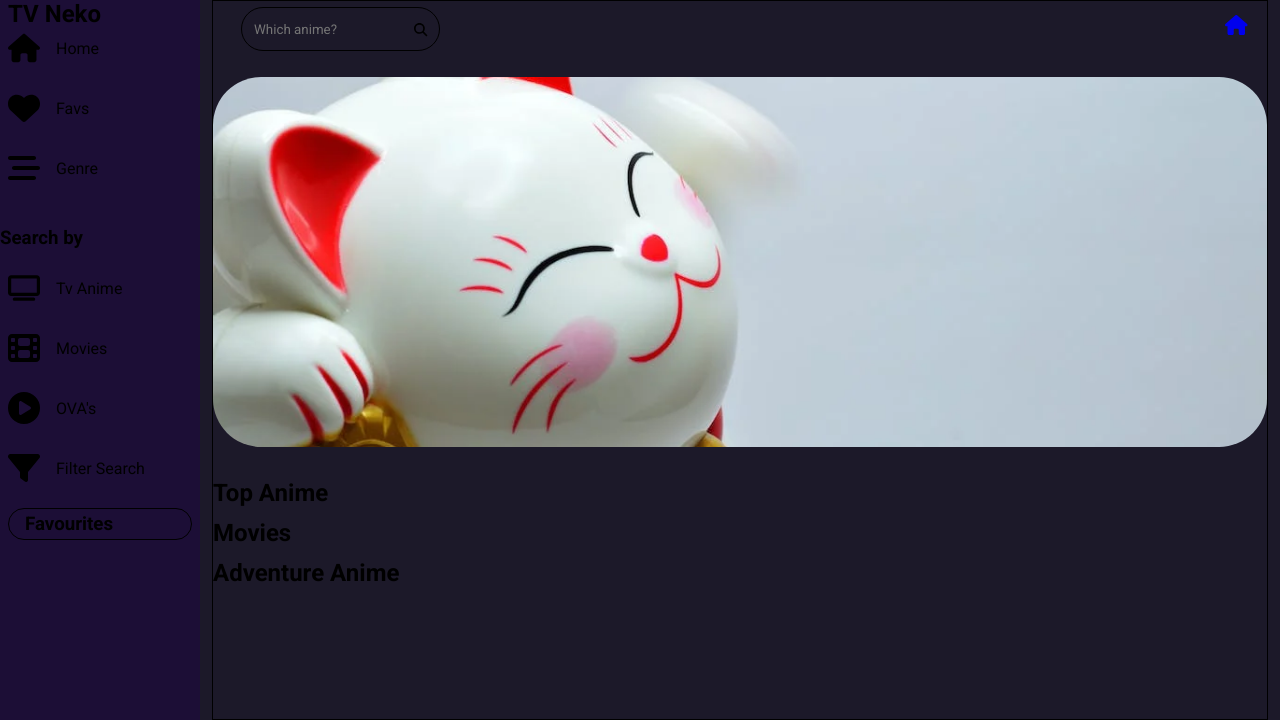
Repository: OwenMargiela/AnimeDatabse
Page: /
These files come from the project's save history. The page is drawn as it stood at one moment and after the next save; the edit follows.
The browser window is 1280 px wide. The pictures show the whole page.
The page's requests for data from a server got no answer. The project was rebuilt for these pictures with package versions that can differ from the ones it lists, and the page was loaded fresh each time. No one was signed in, and anything a server would have sent is missing. Also part of the build but not shown: src/Components/AnimeContainer.jsx, src/Pages/AnimePage/AnimePage.jsx, src/Components/Score.css, src/Components/Score.jsx, src/Components/AnimeDescription.jsx, src/Pages/AnimePage/AnimeInfo.jsx, src/Pages/AnimePage/AnimeGenre.jsx, src/Pages/FavouritesPage/Favourites.css and 7 more.

Above is the page before, as saved 2023-01-26 15:23:52.

After the next save:
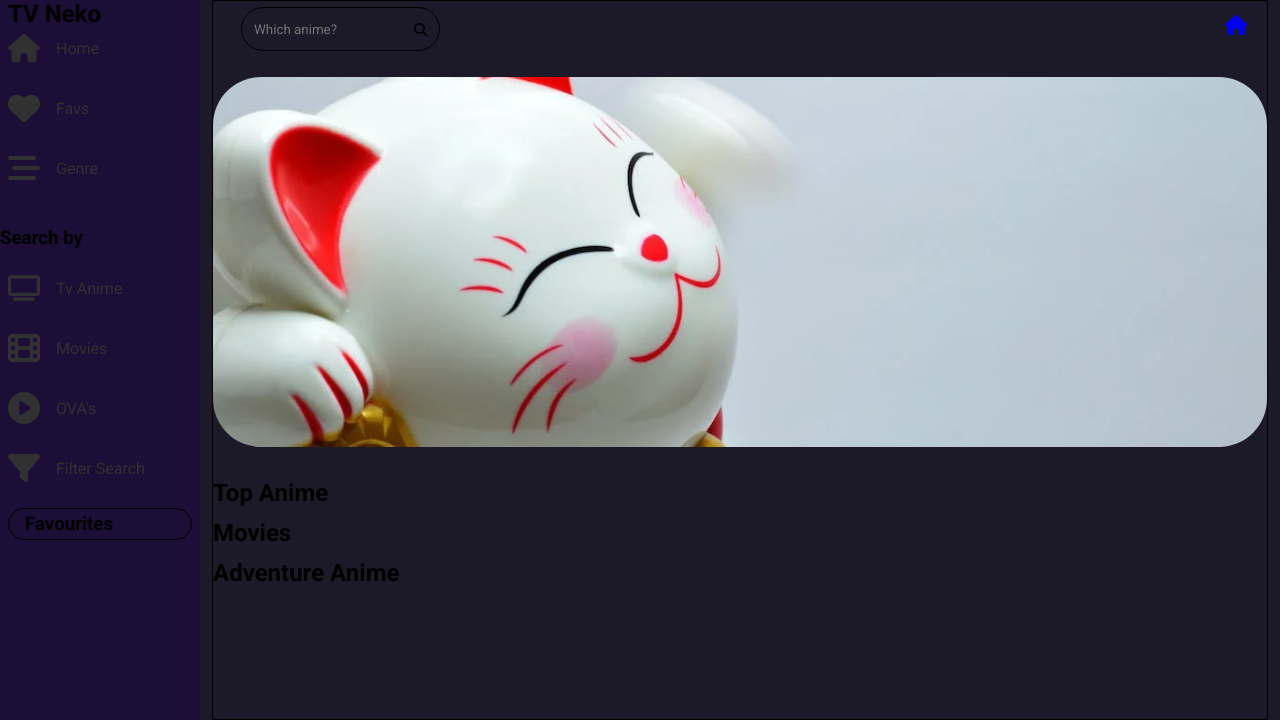
Saved 35 min 50 s later.
--- a/src/App.css
+++ b/src/App.css
@@ -17,7 +17,7 @@ a{
 
 li{
   list-style-type: none;
-  color: black;
+  color: rgb(49, 49, 49);
 }
 
 nav {
